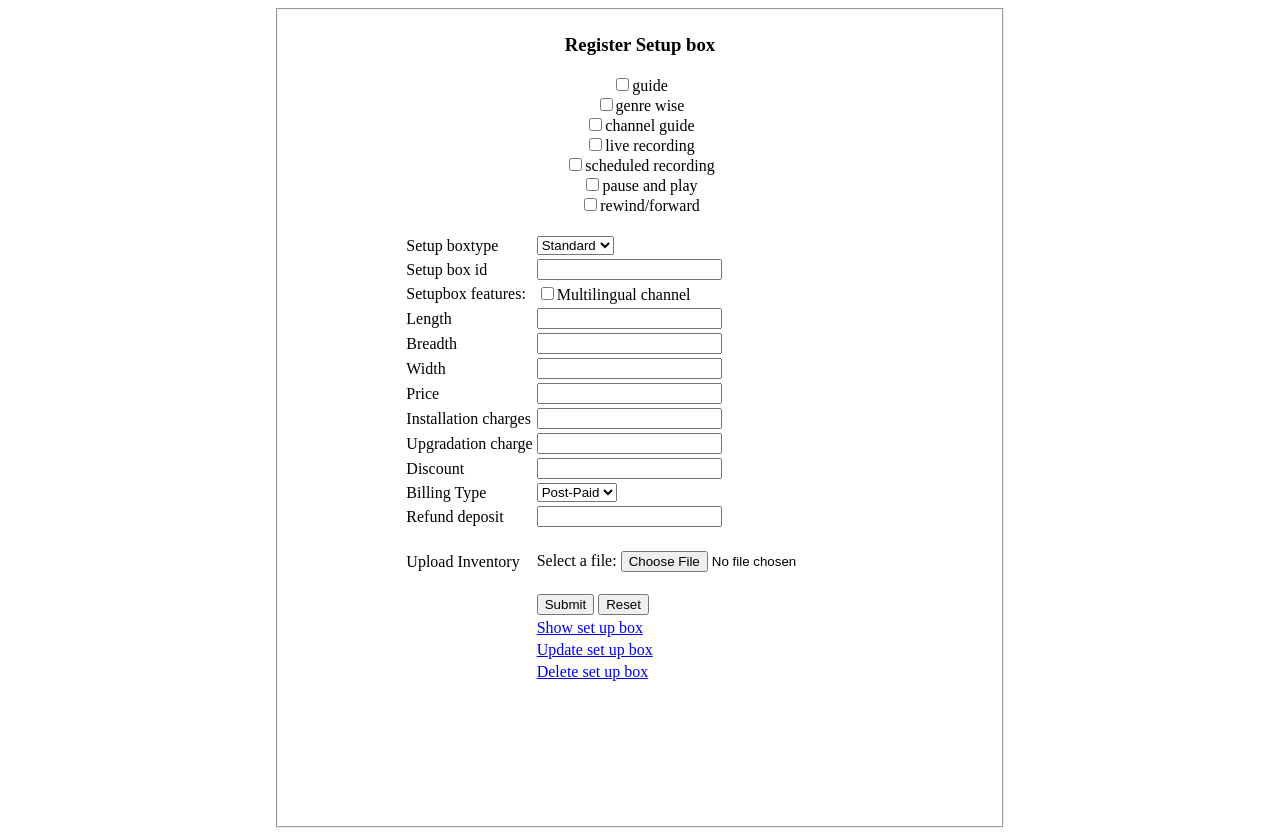
Repository: a18wheeler/TCS-Edison
Page: http://localhost/DTH1/
These files come from the project's save history. The page is drawn as it stood at one moment and after the next save; the edit follows.
The browser window is 1280 px wide. The pictures show the whole page.
The page is served by Tomcat 9.

Above is the page before, as saved 2019-10-16 18:00:23.

### playground/DTH1/WebContent/index.jsp
 <%@ page language="java" contentType="text/html; charset=ISO-8859-1"
    pageEncoding="ISO-8859-1"%>

<!DOCTYPE html>
<html>
<head>
<meta charset="ISO-8859-1">
<title>Insert title here</title>
<script type="text/javascript">
function checker(){
	var id = document.forms["inpForm"]["id"];
    var length = document.forms["inpForm"]["length"];
    var breadth = document.forms["inpForm"]["breadth"];
    var width =  document.forms["inpForm"]["width"];
    var price = document.forms["inpForm"]["price"];
    var icharge = document.forms["inpForm"]["icharge"];
    var ucharge =  document.forms["inpForm"]["ucharge"];
    var discount = document.forms["inpForm"]["discount"];
    var deposit = document.forms["inpForm"]["deposit"];
    var patt = new RegExp(/[+-]?(?=.\d|\d)(?:\d+)?(?:.?\d*)(?:[eE][+-]?\d+)?/);
    if (id.value == "" || length.value == "" || breadth.value == "" || width.value == ""
		|| price.value == "" || icharge.value == ""
		|| ucharge.value == "" || discount.value == ""|| deposit.value == ""){
	window.alert("Blank fields not accepted");
    return false;
	}



    if ( !patt.test(id.value) || !patt.test(length.value) || !patt.test(breadth.value) || !patt.test(width.value) ||
            !patt.test(price.value) || !patt.test(icharge.value) || !patt.test(iucharge.value)
            || !patt.test(discount.value) || !patt.test(deposit.value))
    {
        window.alert("Check input type");
        return false;
    }




}
</script>
</head>
<body>


<div align="center">
<form action="DTHServlet" method="get" onSubmit="return checker()" name="inpForm">
<fieldset style="width:700px;height:800px">
<table>
<h3>Register Setup box</h3>

<tr>
<td>Setup boxtype</td>
<td><select name="type">
<option value="Standard">Standard</option>
<option value="HD">HD</option>
<option value="HD+">HD+</option>
<option value="IPTV">IPTV</option>
</select>
</tr>
<tr>
<td>
Setup box id
</td>
<td>
<input type ="text" name="id">
</td>
</tr>
<tr><td>
Setupbox features:</td>
<td>
<input type="checkbox" name="lang" value="Multilingual channel" />Multilingual channel</td>
<input type="checkbox" name="lang" value="guide" />guide<br>
<input type="checkbox" name="lang" value="genre wise"/ >genre wise<br>
<input type="checkbox" name="lang" value="channel guide"/>channel guide<br>
<input type="checkbox" name="lang" value=" live recording"/>live recording<br>
<input type="checkbox" name="lang" value="recording"/ >scheduled recording<br>
<input type="checkbox" name="lang" value="pause"/>pause and play<br>
<input type="checkbox" name="lang" value=" rewind"/>rewind/forward<br>
</tr>
<tr>
<td>
Length
</td>
<td>
<input type ="text" name="length">
</td>
</tr>
<tr>
<td>
Breadth
</td>
<td>
<input type ="text" name="breadth">
</td>
</tr>
<tr>
<td>
Width
</td>
<td>
<input type ="text" name="width">
</td>
</tr>
<tr>
<td>
Price
</td>
<td>
<input type ="text" name="price">
</td>
</tr>
<tr>
<td>
Installation charges
</td>
<td>
<input type ="text" name="icharge">
</td>
</tr>
<tr>
<td>
Upgradation charge
</td>
<td>
<input type ="text" name="ucharge">
</td>
</tr>
<tr>
<td>
Discount
</td>
<td>
<input type ="text" name="discount">
</td>
</tr>
<tr>
<td>Billing Type</td>
<td><select name="btype">
<option value="Post">Post-Paid</option>
<option value="Pre">Pre-Paid</option>
</select>
</tr>
<tr>
<td>
Refund deposit
</td>
<td>
<input type ="text" name="deposit">
</td>
</tr>
<tr><br></tr>
<tr>
<td>
Upload Inventory
</td>
<td>
 <br>
 Select a file: <input type="file" name="myFile"><br><br>
</td>
</tr>

<tr>
<td></td>
<td>
<input type ="submit" name="submit">
<input type="hidden" name="register" value="create">
<input type ="reset" name="reset">
</td>
</tr>
<tr>
<td></td>
<td>
<a href="readSetupbox.jsp">Show set up box</a>
</td>
</tr>
<tr>
<td></td>
<td>
<a href="updateSetupbox.jsp">Update set up box</a>
</td>
</tr>
<tr><td></td>
<td>
<a href="deleteSetupbox.jsp">Delete set up box</a></td>
</table>
</fieldset>
</form>
</div>
</body>
</html>

After the next save:
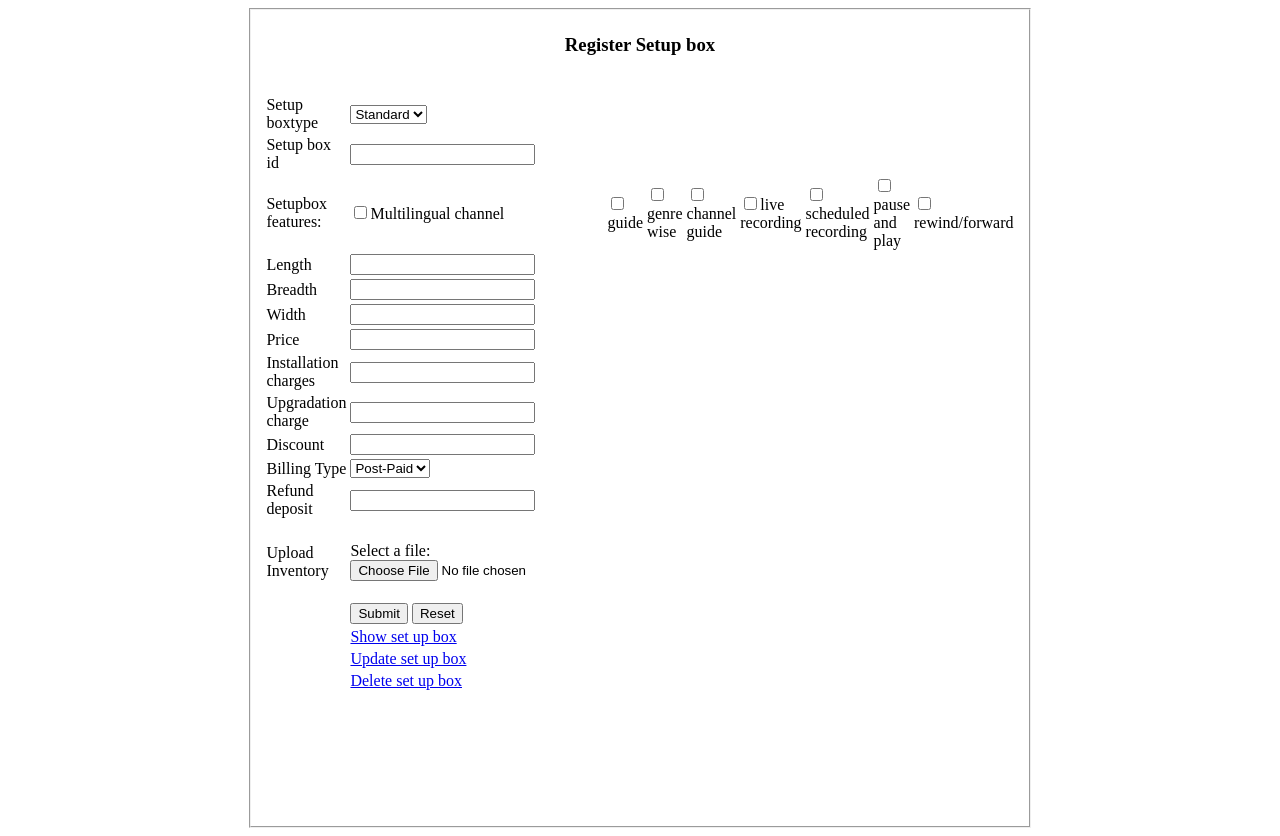
Saved 39 s later.
--- a/playground/DTH1/WebContent/index.jsp
+++ b/playground/DTH1/WebContent/index.jsp
@@ -71,13 +71,13 @@ Setup box id
 Setupbox features:</td>
 <td>
 <input type="checkbox" name="lang" value="Multilingual channel" />Multilingual channel</td>
-<input type="checkbox" name="lang" value="guide" />guide<br>
-<input type="checkbox" name="lang" value="genre wise"/ >genre wise<br>
-<input type="checkbox" name="lang" value="channel guide"/>channel guide<br>
-<input type="checkbox" name="lang" value=" live recording"/>live recording<br>
-<input type="checkbox" name="lang" value="recording"/ >scheduled recording<br>
-<input type="checkbox" name="lang" value="pause"/>pause and play<br>
-<input type="checkbox" name="lang" value=" rewind"/>rewind/forward<br>
+<td><input type="checkbox" name="lang" value="guide" />guide<br></td>
+<td><input type="checkbox" name="lang" value="genre wise"/ >genre wise<br></td>
+<td><input type="checkbox" name="lang" value="channel guide"/>channel guide<br></td>
+<td><input type="checkbox" name="lang" value=" live recording"/>live recording<br></td>
+<td><input type="checkbox" name="lang" value="recording"/ >scheduled recording<br></td>
+<td><input type="checkbox" name="lang" value="pause"/>pause and play<br></td>
+<td><input type="checkbox" name="lang" value=" rewind"/>rewind/forward<br></td>
 </tr>
 <tr>
 <td>
